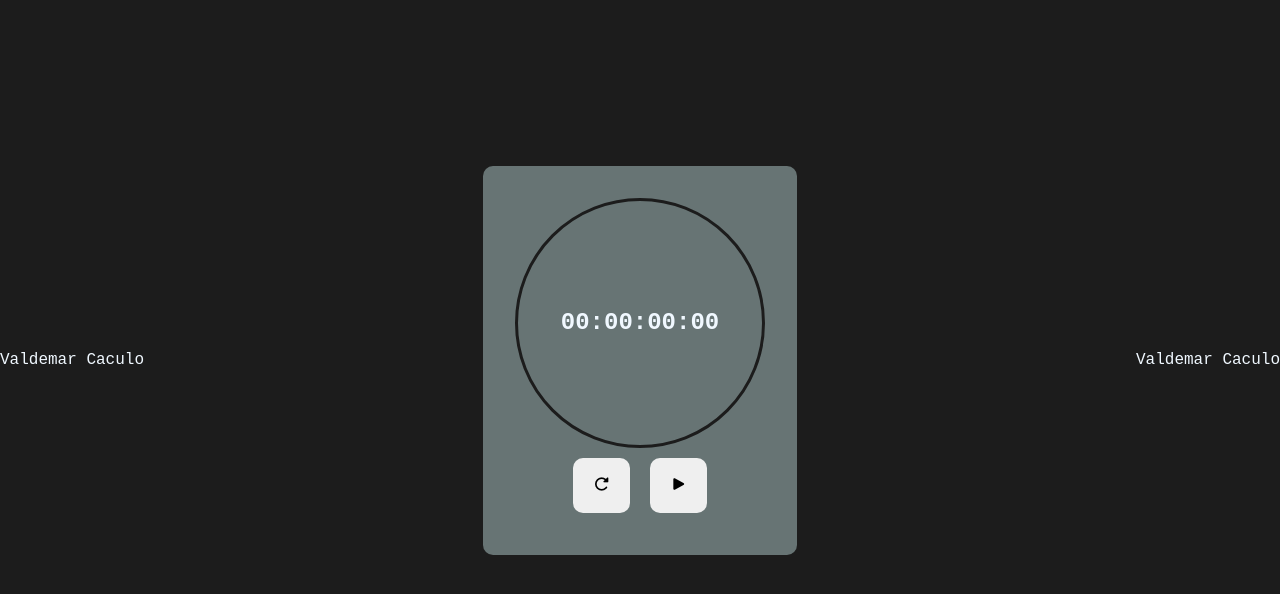
Repository: ValdemarCaculo/TEMPORIZADOR
Page: index.html
The author's editor kept a copy of each file at every save. The page is drawn from the files as they stood at one save, then again after a run of saves.
The browser window is 1280 px wide. The pictures show the whole page.
Some web libraries are served in a nearby version.

Above is the page before, as saved 2025-12-06 15:35:17.

After the next 3 saves:
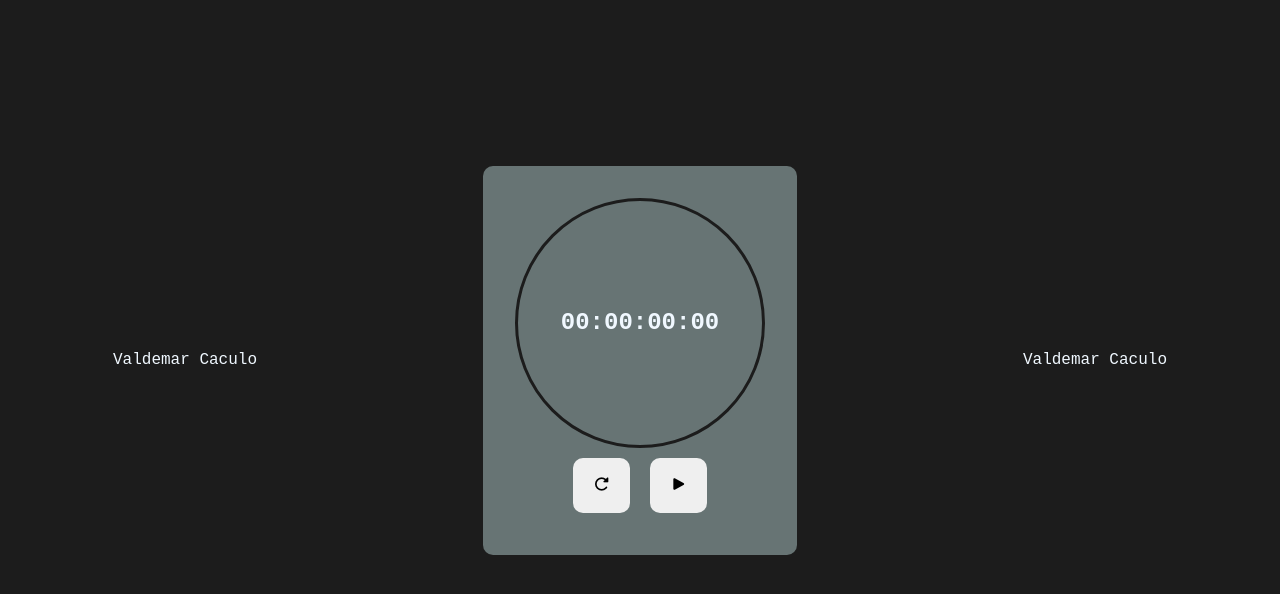
The 3 saves are shown as one change because they came seconds apart.
The last was saved 11 s later.
--- a/CSS/style.css
+++ b/CSS/style.css
@@ -11,7 +11,7 @@ body {
     background-color: #1c1c1c;
     color: aliceblue;
     align-items: center;
-    justify-content: space-between;
+    justify-content: space-around;
 
 
 }
